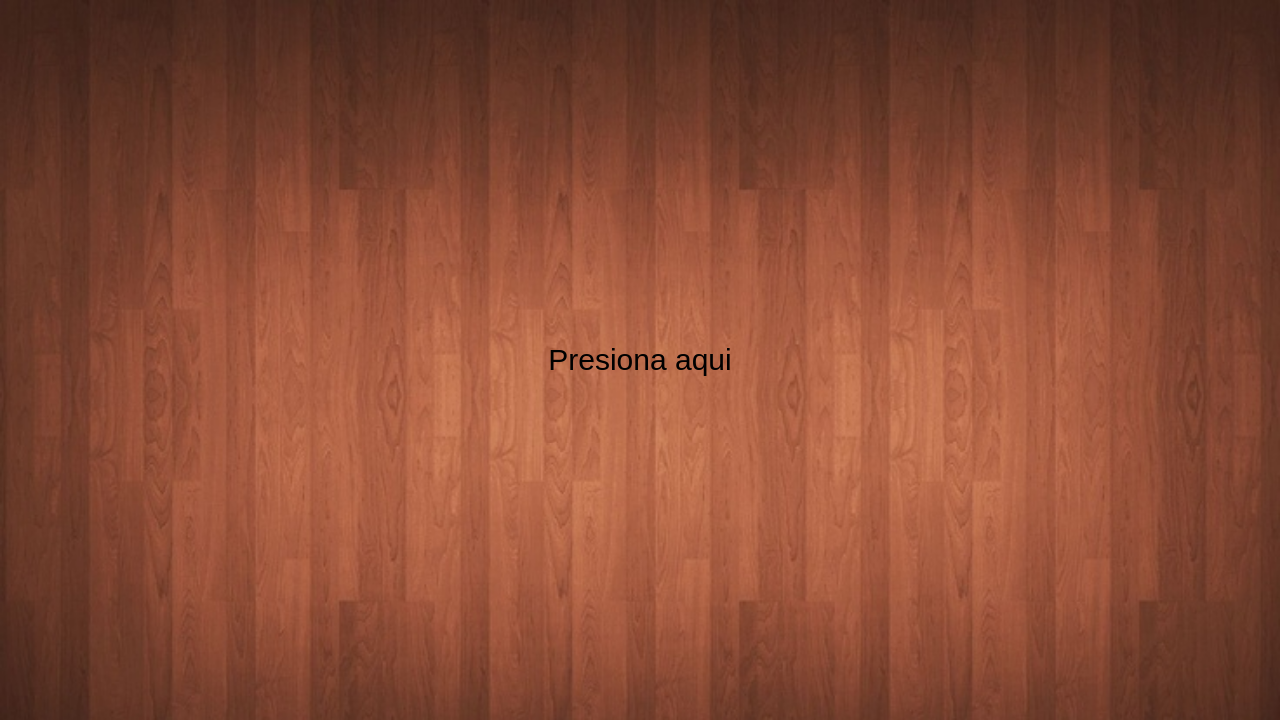
Repository: ye909/secreto
Page: inicio.html
These files come from the project's save history. The page is drawn as it stood at one moment and after the next save; the edit follows.
The browser window is 1280 px wide. The pictures show the whole page.

Above is the page before, as saved 2025-02-20 22:25:23.

After the next save:
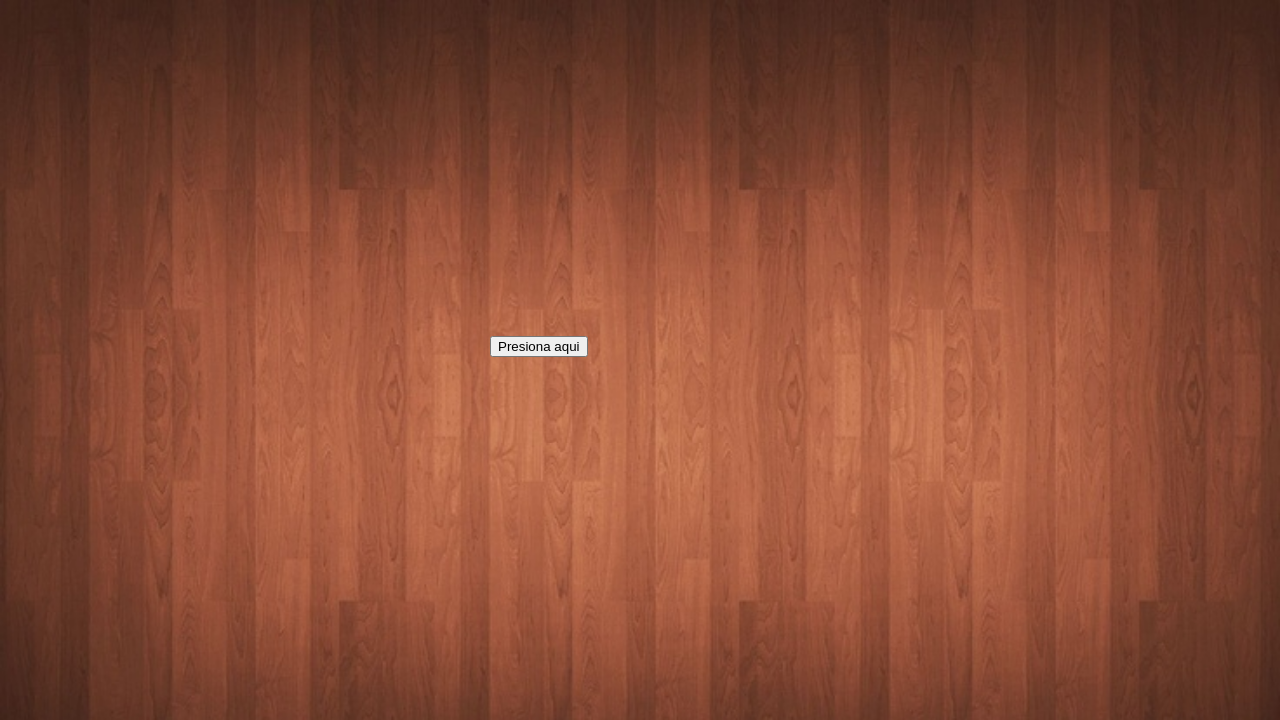
Saved 103 s later.
--- a/inicio.html
+++ b/inicio.html
@@ -9,7 +9,10 @@
           <div class="container">
             <h1 id="message">¡Bienvenido <br> al Juego <br>del <br>Amigo Secreto!</h1>
         </div>
-    <button id="btn"><a href="./index.html">Presiona aqui</a></button>
+        <div id="btn">  <button ><a href="./index.html">Presiona aqui</a></button>
+
+        </div>
+
 
   <script src="inicio.js"></script>
 </body>
